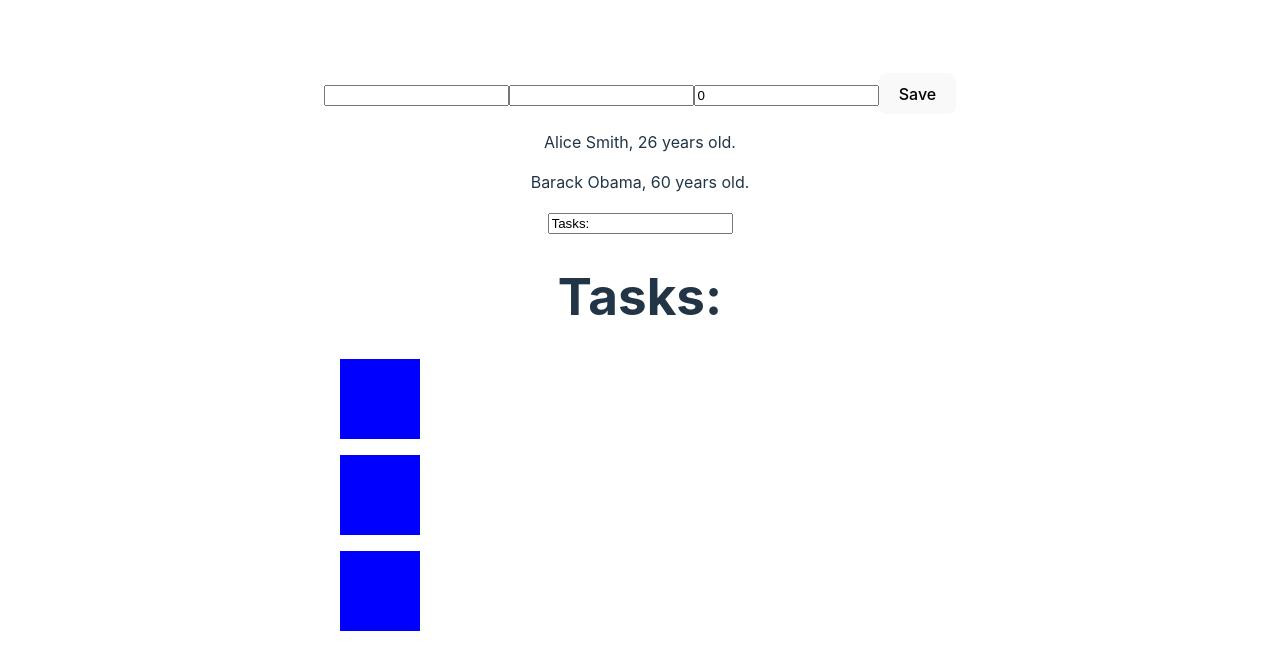
Repository: RonanKhalilOlaes/Olaes_Lab06-07_taskList
Page: /
These files come from the project's save history. The page is drawn as it stood at one moment and after the next save; the edit follows.
The browser window is 1280 px wide. The pictures show the whole page.
The project was rebuilt for these pictures with package versions that can differ from the ones it lists, and the page was loaded fresh each time. Also part of the build but not shown: vite.config.js.

Above is the page before, as saved 2024-10-22 20:34:17.

After the next save:
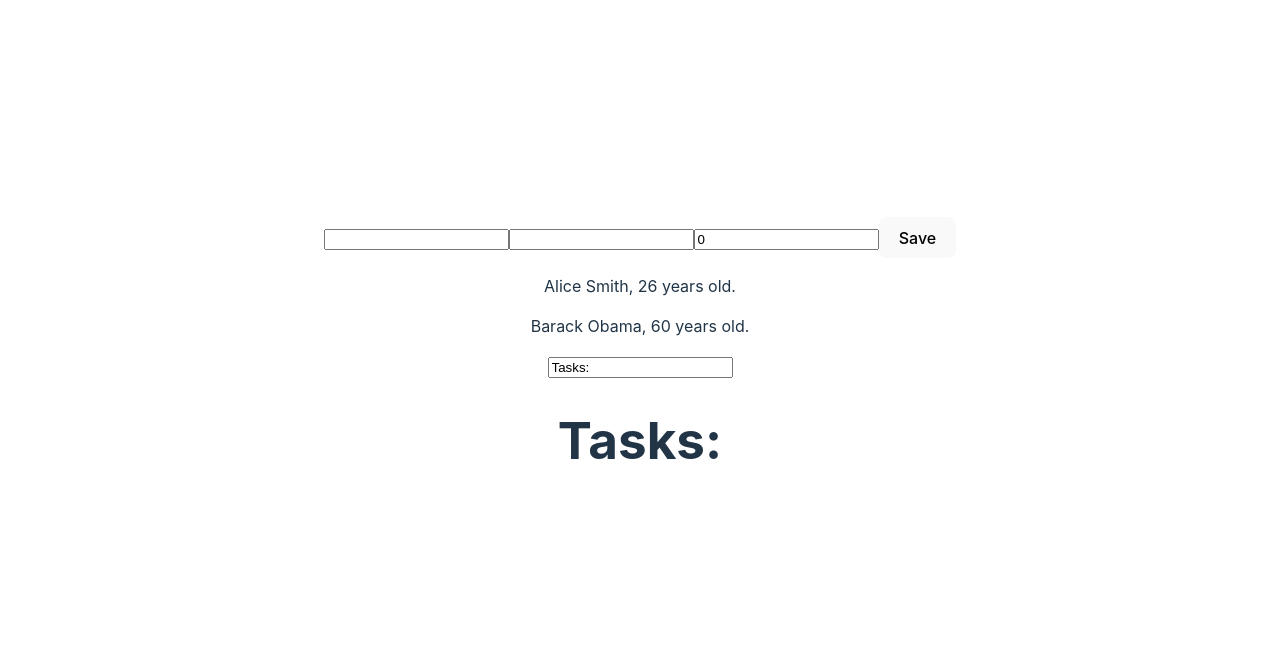
Saved 11 s later.
--- a/src/App.jsx
+++ b/src/App.jsx
@@ -59,9 +59,9 @@ function App() {
       />
 
       <h1>{name}</h1>
+      {/* <Tile />
       <Tile />
-      <Tile />
-      <Tile />
+      <Tile /> */}
     </>
   );
 }
